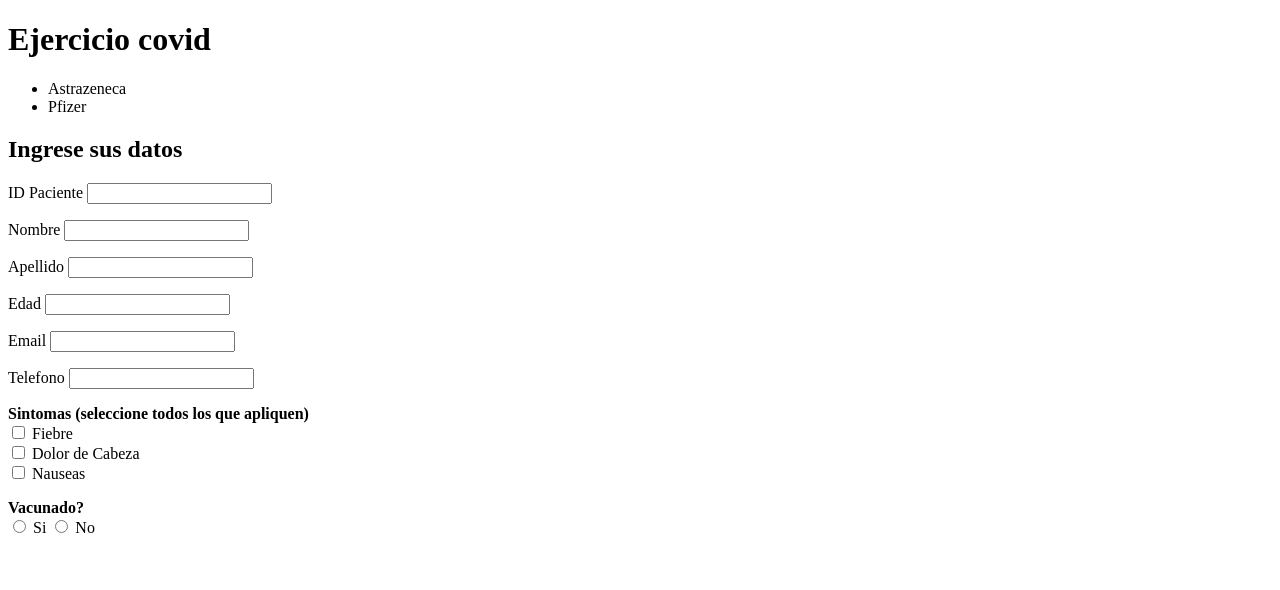
Repository: Divineridh/LPPAChallenges
Page: Trabajos en Clase/ejercicio forms covid/index.html
The author's editor kept a copy of each file at every save. The page is drawn from the files as they stood at one save, then again after the next save.
The browser window is 1280 px wide. The pictures show the whole page.

Above is the page before, as saved 2022-04-19 21:09:28.

### Trabajos en Clase/ejercicio forms covid/index.html
<!DOCTYPE html>
<html lang="en">
<head>
    <meta charset="UTF-8">
    <meta http-equiv="X-UA-Compatible" content="IE=edge">
    <meta name="viewport" content="width=device-width, initial-scale=1.0">
    <title>Formularios covid</title>
</head>
<body>
    <h1>Ejercicio covid</h1>
    <ul>
        <li>Astrazeneca</li>
        <li>Pfizer</li>
    </ul>



    <h2>Ingrese sus datos</h2>
    <form>
        <p>
            <label for="idpaciente">ID Paciente</label>
            <input type="text" id="idpaciente" name="idpaciente"><br>
        </p>
        <p>
            <label for="nombre">Nombre</label>
            <input type="text" id="nombre" name="nombre">
        </p>
        <p>
            <label for="apellido">Apellido</label>
            <input type="text" id="apellido" name="apellido"><br>
        </p>
        <p>
            <label for="edad">Edad</label>
            <input type="text" id="edad" name="edad"><br>
        </p>
        <p>
            <label for="email">Email</label>
            <input type="text" id="email" name="email"><br>
        </p>
        <p>
            <label for="telefono">Telefono</label>
            <input type="text" id="telefono" name="telefono"><br>
        </p>
        <p>
            <b>Sintomas (seleccione todos los que apliquen)</b> <br>
            <input type="checkbox" id="fiebre" name="fiebre">
            <label for="fiebre">Fiebre</label> <br>
            <input type="checkbox" id="dolorcabeza" name="dolorcabeza">
            <label for="dolorcabeza">Dolor de Cabeza</label> <br>
            <input type="checkbox" id="nauseas" name="nauseas">
            <label for="nauseas">Nauseas</label>
        </p>
        <p>
            <b>Vacunado?</b> <br>
            <input type="radio" id="sivacuna" name="sivacuna">
            <label for="sivacuna">Si</label>
            <input type="radio" id="novacuna" name="novacuna">
            <label for="novacuna">No</label>
        </p>
    </form>
</body>
</html>

After the next save:
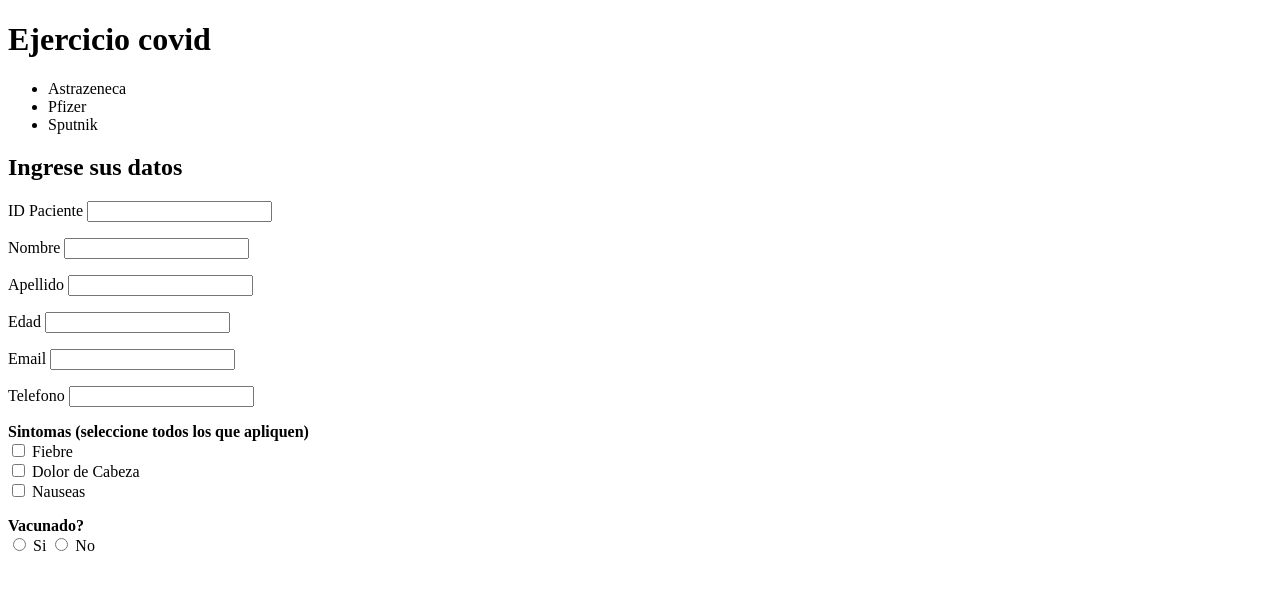
Saved 14 s later.
--- a/Trabajos en Clase/ejercicio forms covid/index.html
+++ b/Trabajos en Clase/ejercicio forms covid/index.html
@@ -11,6 +11,7 @@
     <ul>
         <li>Astrazeneca</li>
         <li>Pfizer</li>
+        <li>Sputnik</li>
     </ul>
 
 
